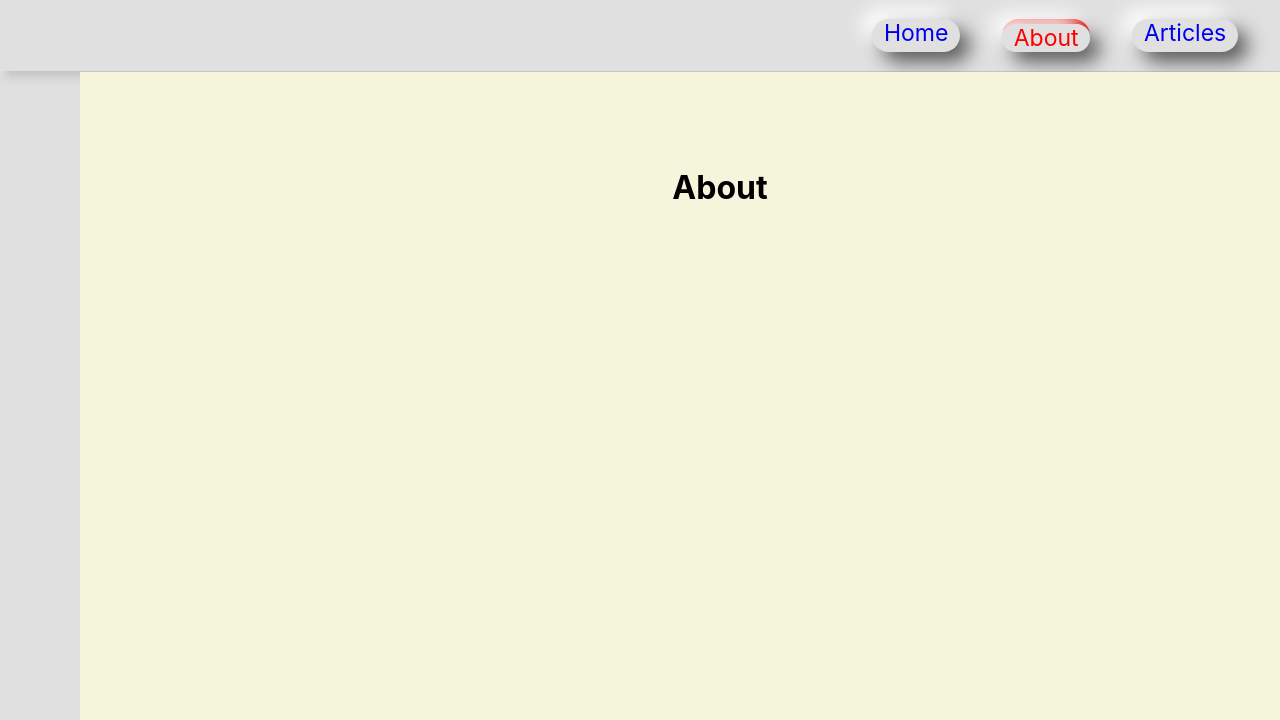
Repository: ShindanoSingi/react-software-architecture-course
Page: /about
The author's editor kept a copy of each file at every save. The page is drawn from the files as they stood at one save, then again after the next save.
The browser window is 1280 px wide. The pictures show the whole page.
The project was rebuilt for these pictures with package versions that can differ from the ones it lists, and the page was loaded fresh each time. Also part of the build but not shown: src/pages/Home.js, src/pages/Articles.js.

Above is the page before, as saved 2022-12-25 21:02:51.

After the next save:
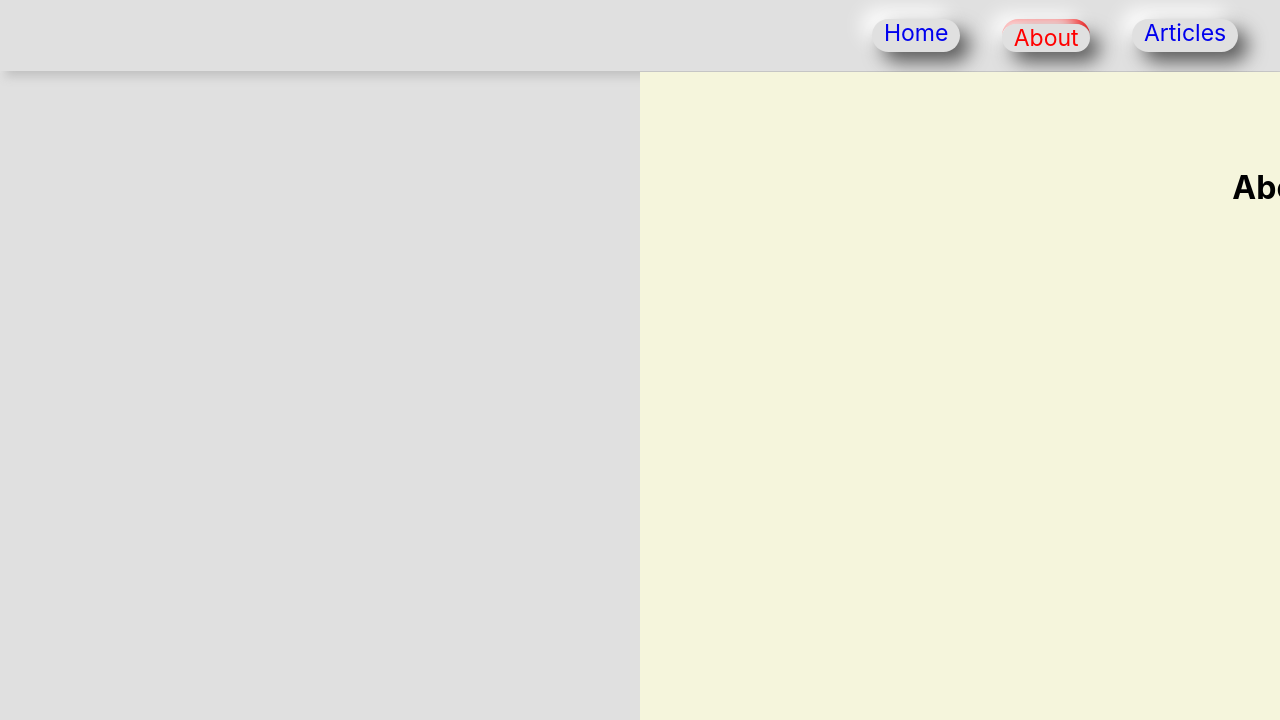
Saved 11 s later.
--- a/src/App.css
+++ b/src/App.css
@@ -43,7 +43,7 @@ a {
 .container {
     position: fixed;
     top: 4.5em;
-    left: 5em;
+    left: 50%;
     width: 80em;
     background-color: beige;
     margin: 0 auto;
